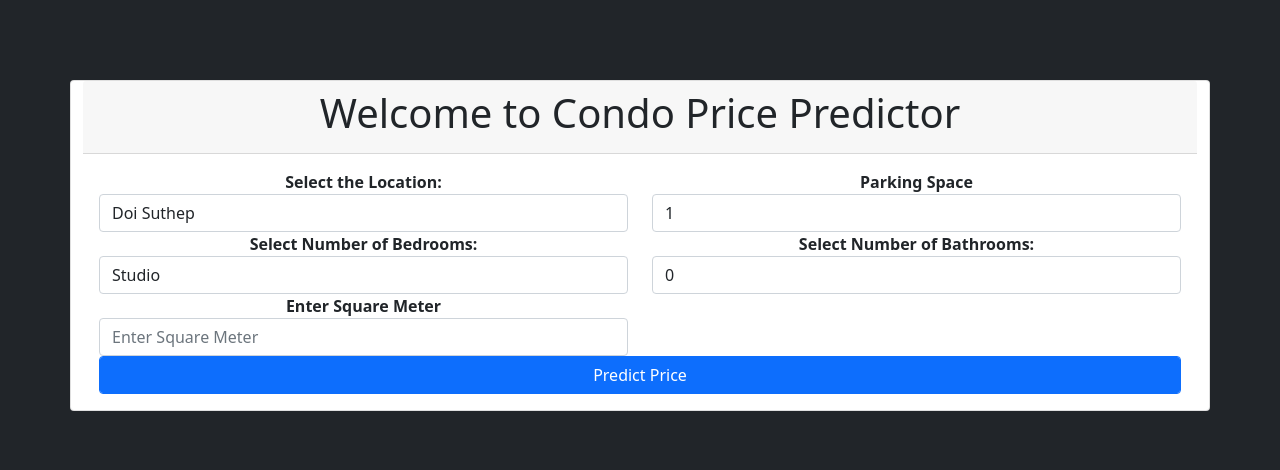
Repository: myothida/condoprice_CNX
Page: http://localhost/
An editor plug-in stored every save of this project. The page is shown before and after the next save, followed by the edit.
The browser window is 1280 px wide. The pictures show the whole page.
The page is served by the project's application, run on Flask 3 (main.py).

Above is the page before, as saved 2023-09-26 22:11:34.

After the next save:
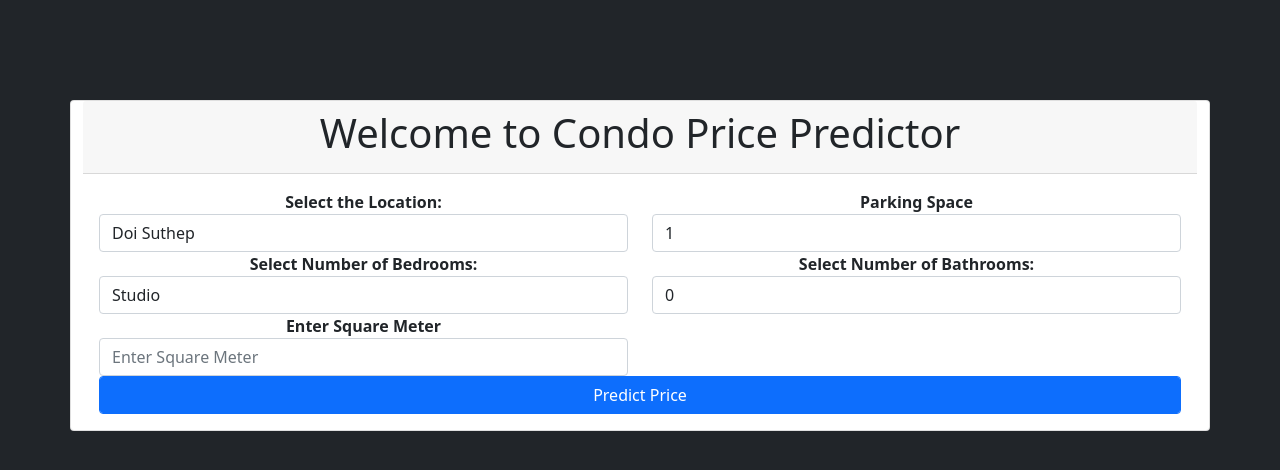
Saved 32 s later.
--- a/templates/index.html
+++ b/templates/index.html
@@ -18,7 +18,7 @@
   <body class="bg-dark">
     <div class="container">
       <div class="row">
-        <div class="card" style="width: 100%; height: 100%; margin-top: 80px">
+        <div class="card" style="width: 100%; height: 100%; margin-top: 100px">
           <div class="card-header" style="text-align: center">
             <h1>Welcome to Condo Price Predictor</h1>
           </div>
